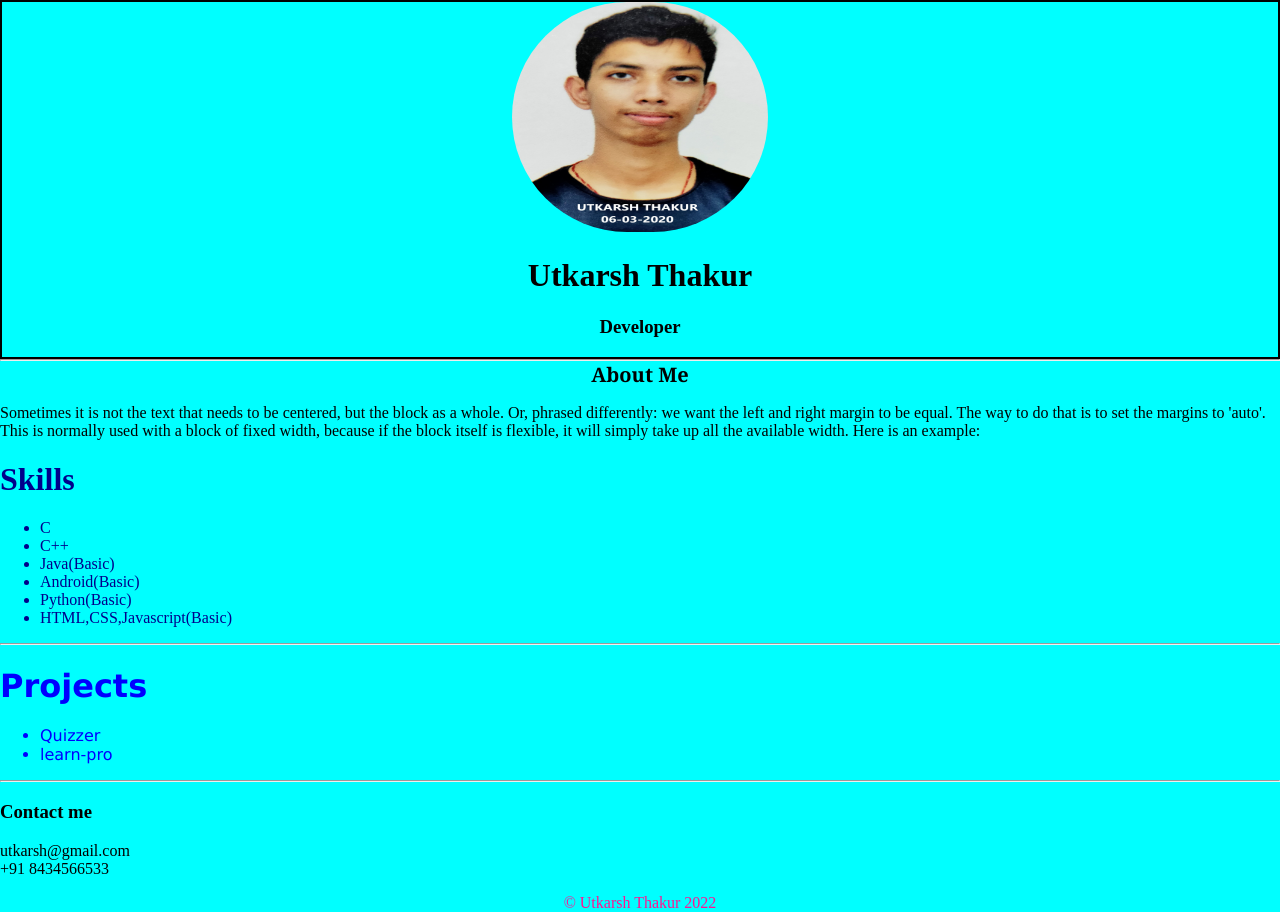
Repository: UtkarshThakur321/Utkarsh-Thakur-Profile
Page: index.html
These files come from the project's save history. The page is drawn as it stood at one moment and after the next save; the edit follows.
The browser window is 1280 px wide. The pictures show the whole page.

Above is the page before, as saved 2022-01-18 22:25:27.
Not found: main.js

After the next save:
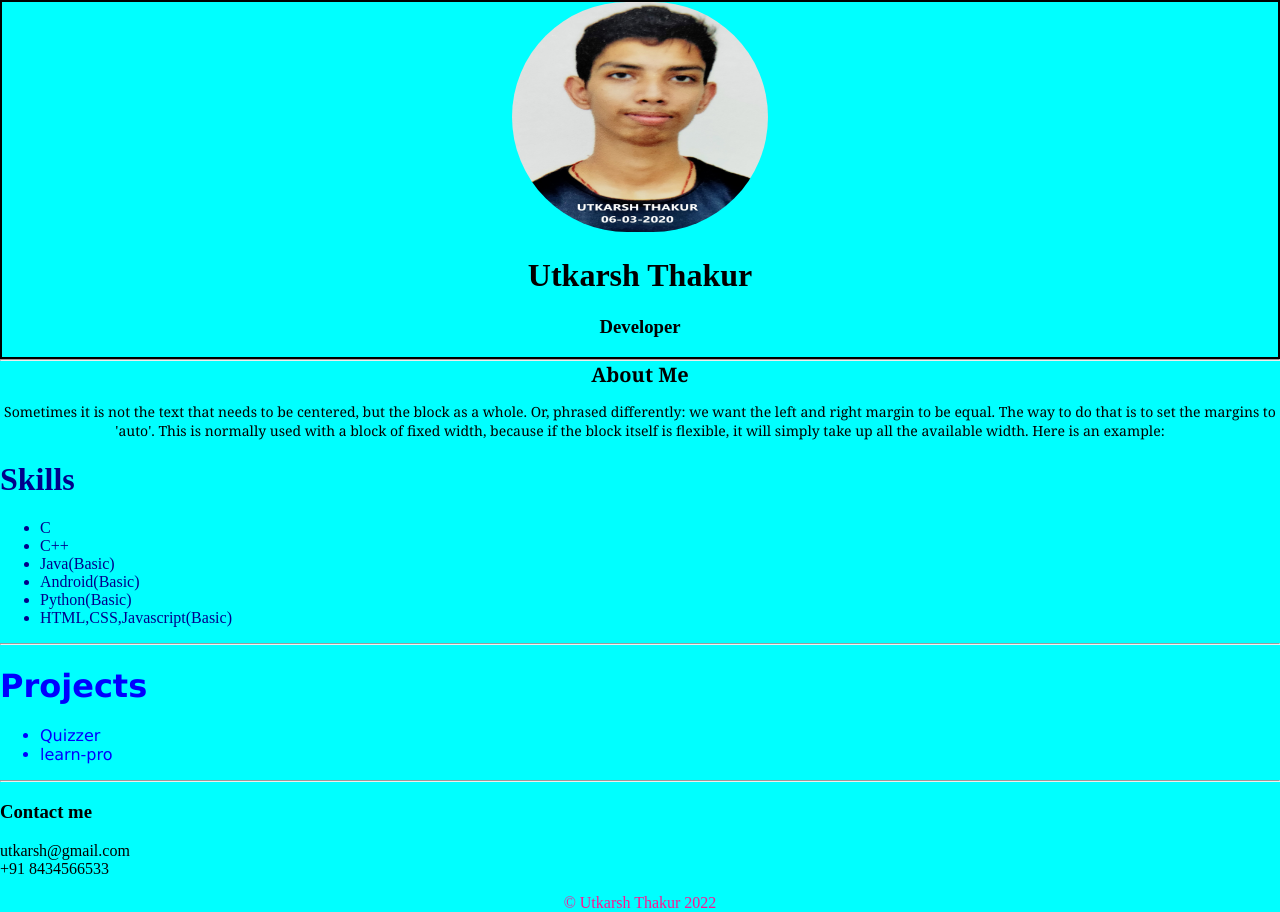
Saved 23 s later.
--- a/index.css
+++ b/index.css
@@ -27,6 +27,9 @@ body{
     font-weight: bold;
 }
 #aboutMeContent{
+    text-align:center;
+    font-family: Georgia, 'Times New Roman', Times, serif;
+    font-size:14px;
 
 }
 
